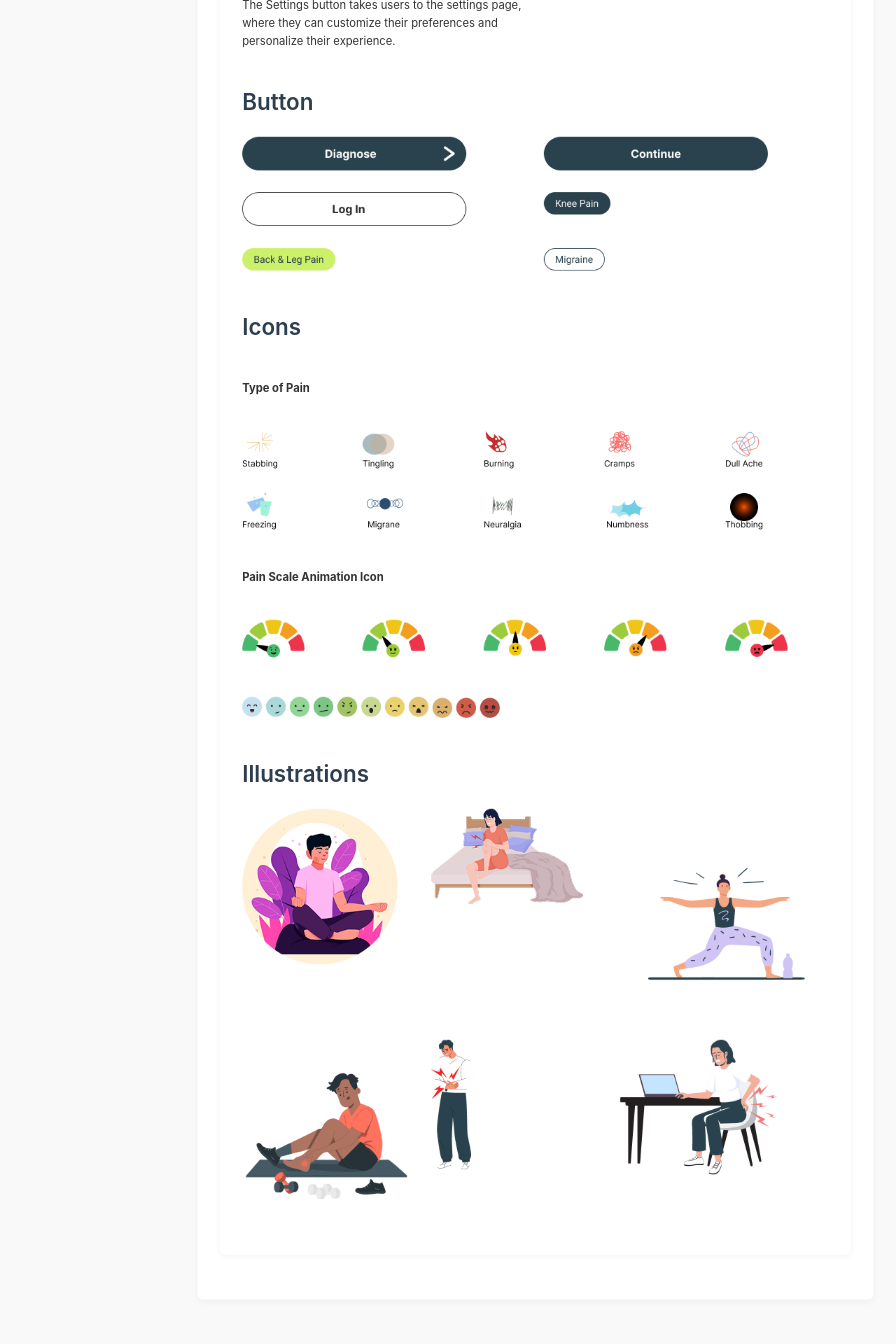
Repository: rosielee09/Heal_U
Page: graphics.html
The author's editor kept a copy of each file at every save. The page is drawn from the files as they stood at one save, then again after the next save.
The browser window is 1280 px wide. The pictures show the part of the page from y = 1219 to 3139 px (the page is 3139 px tall before and 2982 px after), at 70% of full size.

Above is the page before, as saved 2025-04-03 22:00:25.

After the next save:
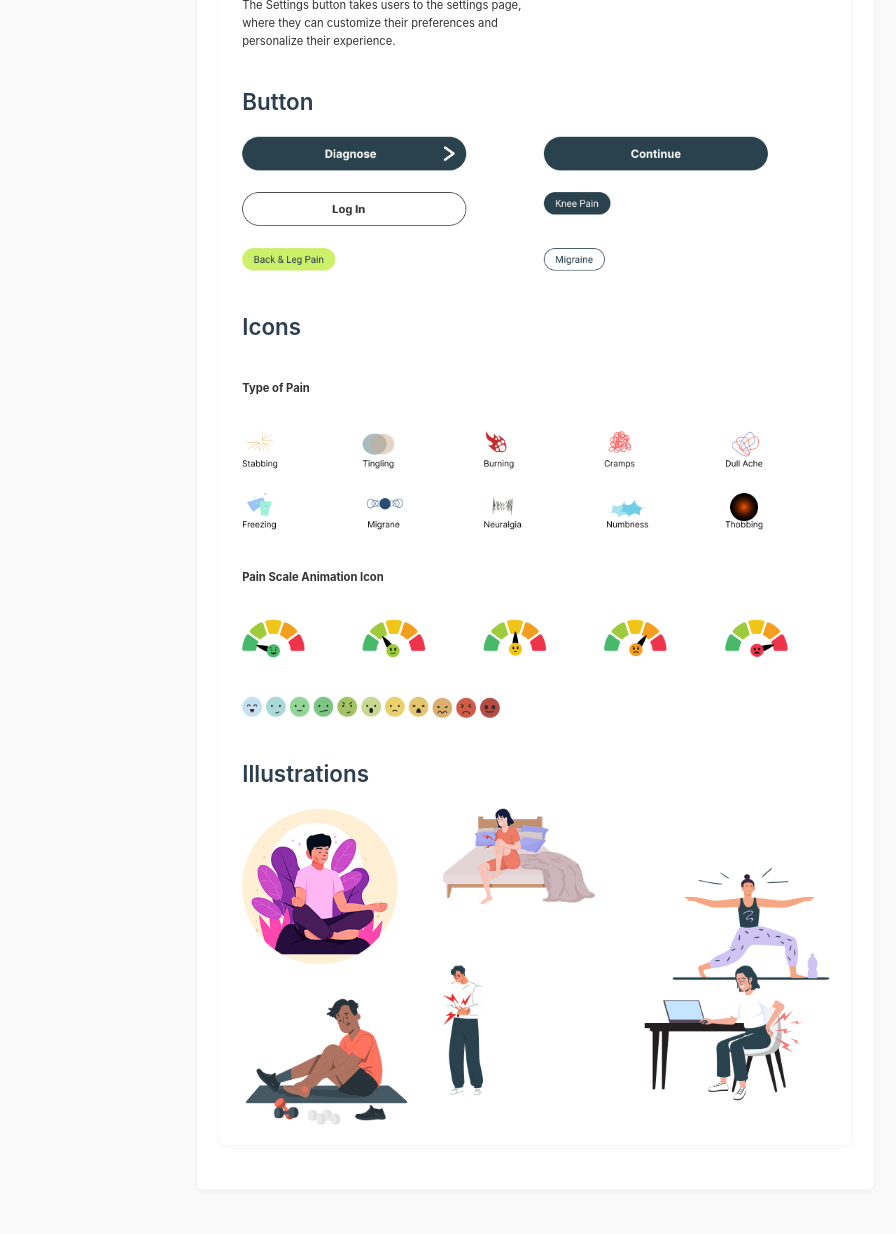
Saved 36 s later.
--- a/graphics.html
+++ b/graphics.html
@@ -187,19 +187,19 @@
                 <div class="graphic-item-illustrations">
                     <img class="graphic-button__icon" src="/img/Appovation - illustration set/5214865 1.png" >
                 </div>
-                <div class="graphic-item">
+                <div class="graphic-item-illustrations">
                     <img class="graphic-button__icon" src="/img/Appovation - illustration set/AdobeStock_593962329 1.png">
                 </div>
-                <div class="graphic-item">
+                <div class="graphic-item-illustrations">
                     <img class="graphic-button__icon" src="/img/Appovation - illustration set/exercise 2.png" >
                 </div>
-                <div class="graphic-item">
+                <div class="graphic-item-illustrations">
                     <img class="graphic-button__icon" src="/img/Appovation - illustration set/Group 103.png" >
                 </div>
-                <div class="graphic-item">
+                <div class="graphic-item-illustrations">
                     <img class="graphic-button__icon" src="/img/Appovation - illustration set/Group 84.png" >
                 </div>
-                <div class="graphic-item">
+                <div class="graphic-item-illustrations">
                     <img class="graphic-button__icon" src="/img/Appovation - illustration set/Group 98.png" >
                 </div>
             </div>

After the save that followed:
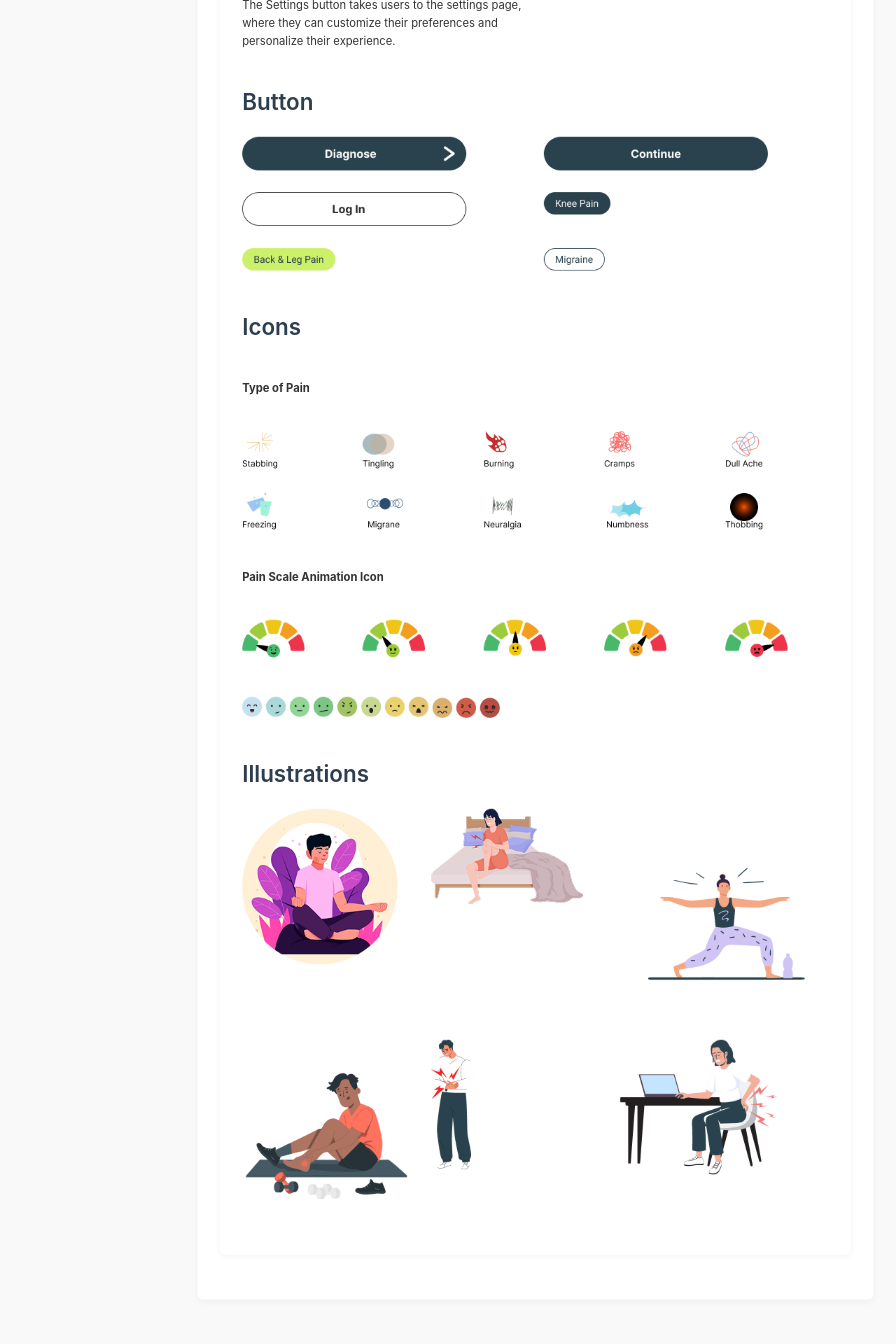
Saved 27 s later.
--- a/styles.css
+++ b/styles.css
@@ -263,7 +263,7 @@ body {
     grid-template-columns: repeat(3, 1fr);
     gap: 1.5rem;
 }
-.graphic-item-illustrations{
+.graphic-item-illustrations graphic-button__icon{
     max-width: 200px;
     max-height: 200px;
 }
